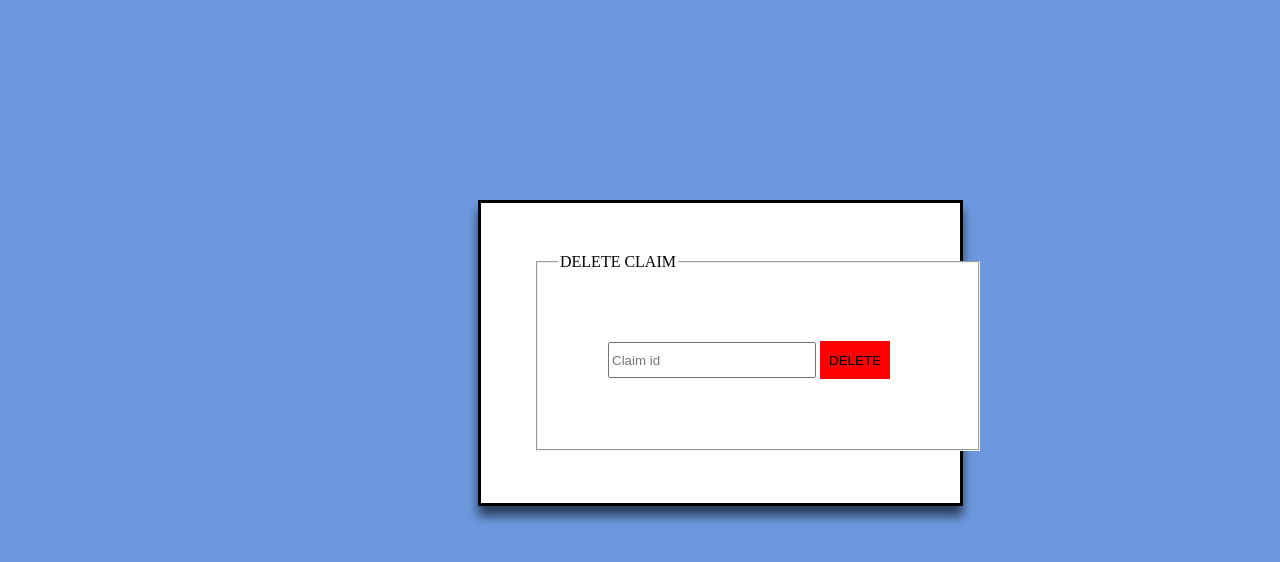
Repository: Nihara-R/Vehicle-Insurance-Portal
Page: http://localhost/delete_claim.php
An editor plug-in stored every save of this project. The page is shown before and after the next save, followed by the edit.
The browser window is 1280 px wide. The pictures show the whole page.
The page is run by PHP 8.4 with error messages shown; the project is at /var/www/html/.

Above is the page before, as saved 2023-06-29 09:10:43.

After the next save:
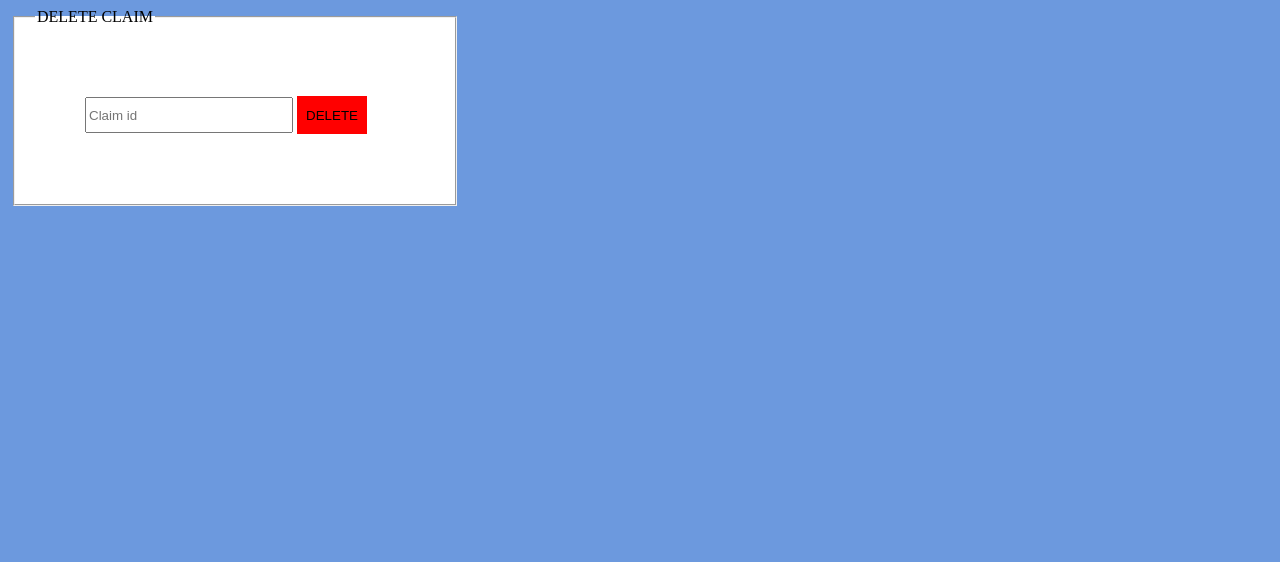
Saved 56 s later.
--- a/delete_claim.php
+++ b/delete_claim.php
@@ -6,7 +6,7 @@
     <link rel="stylesheet" href="css/deletuser.css">
   </head>
   <body>
-    <div class="deletebox">
+    <div class="formbox">
     <fieldset>
 <legend>DELETE CLAIM</legend>
 

After the save that followed:
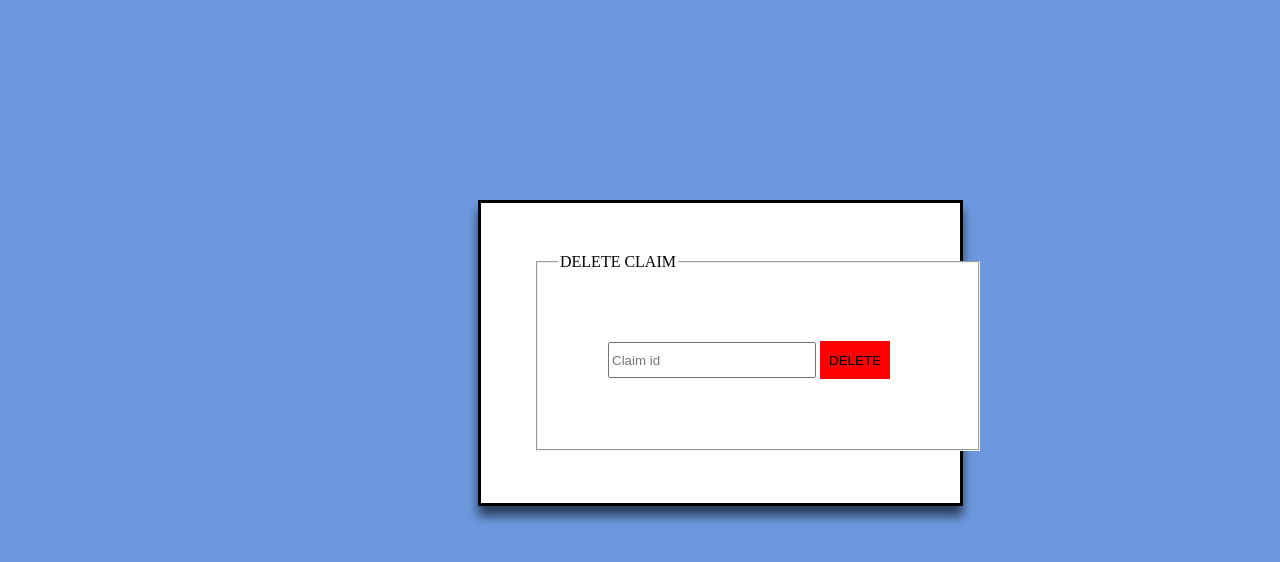
Saved 15 s later.
--- a/css/deletuser.css
+++ b/css/deletuser.css
@@ -4,7 +4,7 @@ body{
 form{
 margin: 50px;
 }
-.deletebox{
+.formbox{
   margin: 200px;
   margin-left: 470px;
   padding: 50px;
